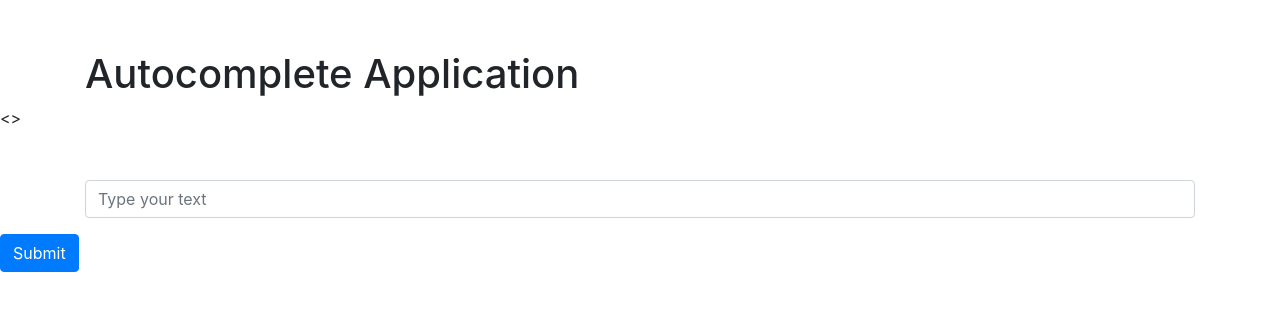
Repository: purnimapatel/auto_complete_using_trie
Page: index.html
These files come from the project's save history. The page is drawn as it stood at one moment and after the next save; the edit follows.
The browser window is 1280 px wide. The pictures show the whole page.

Above is the page before, as saved 2025-03-29 12:56:04.

After the next save:
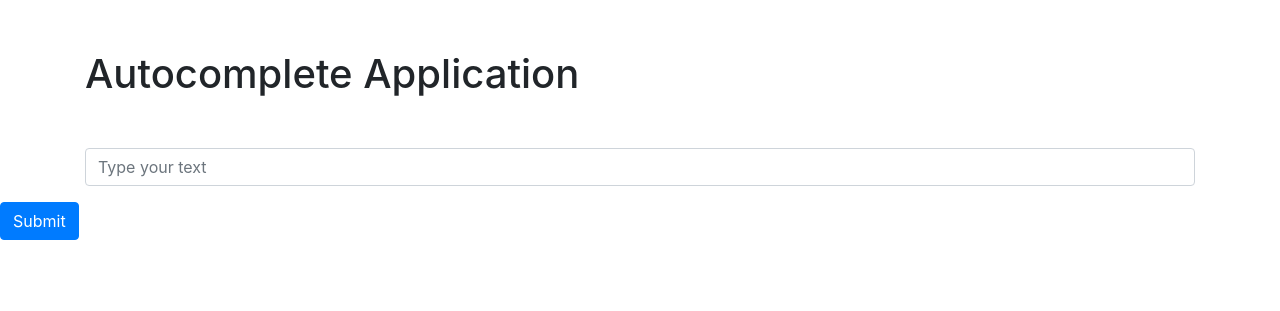
Saved 36 s later.
--- a/index.html
+++ b/index.html
@@ -17,7 +17,7 @@
         </div>
     </header>
 
-    <>
+
 
         <div class="container top">
             <div class="input-group mb-3">
